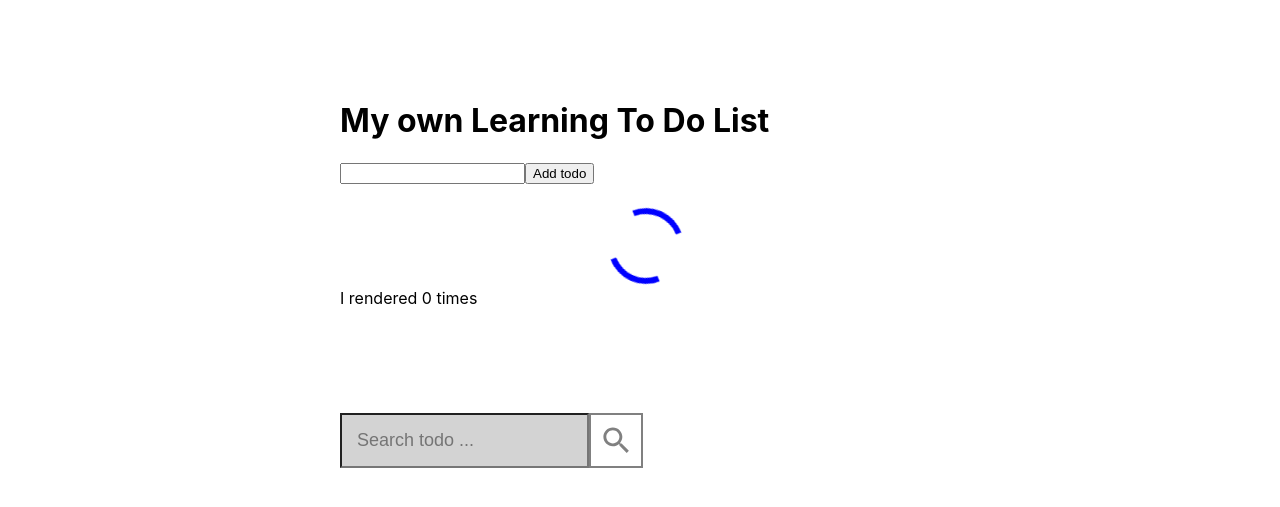
Repository: ArusyakAghajanyan/To-Do
Page: /
The author's editor kept a copy of each file at every save. The page is drawn from the files as they stood at one save, then again after the next save.
The browser window is 1280 px wide. The pictures show the whole page.
The page's requests for data from a server got no answer. The project was rebuilt for these pictures with package versions that can differ from the ones it lists, and the page was loaded fresh each time. No one was signed in, and anything a server would have sent is missing. Also part of the build but not shown: src/Todo/TodoItem.js, src/Todo/TodoList.js.

Above is the page before, as saved 2022-03-11 02:26:34.

After the next save:
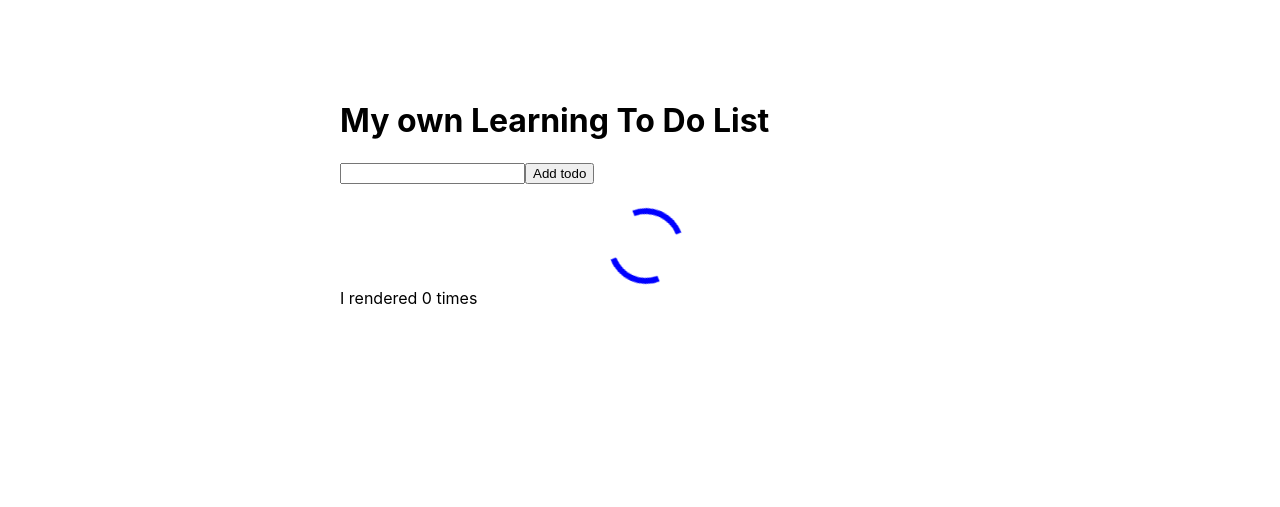
Saved 3 days later.
--- a/src/App.js
+++ b/src/App.js
@@ -76,7 +76,7 @@ useEffect(() => {
        )}
        <div> I rendered {renderCount.current} times </div>
        <div >
-      <SearchBar placeholder="Search todo ..." data={todos} />
+
     </div>
 
     </div>
